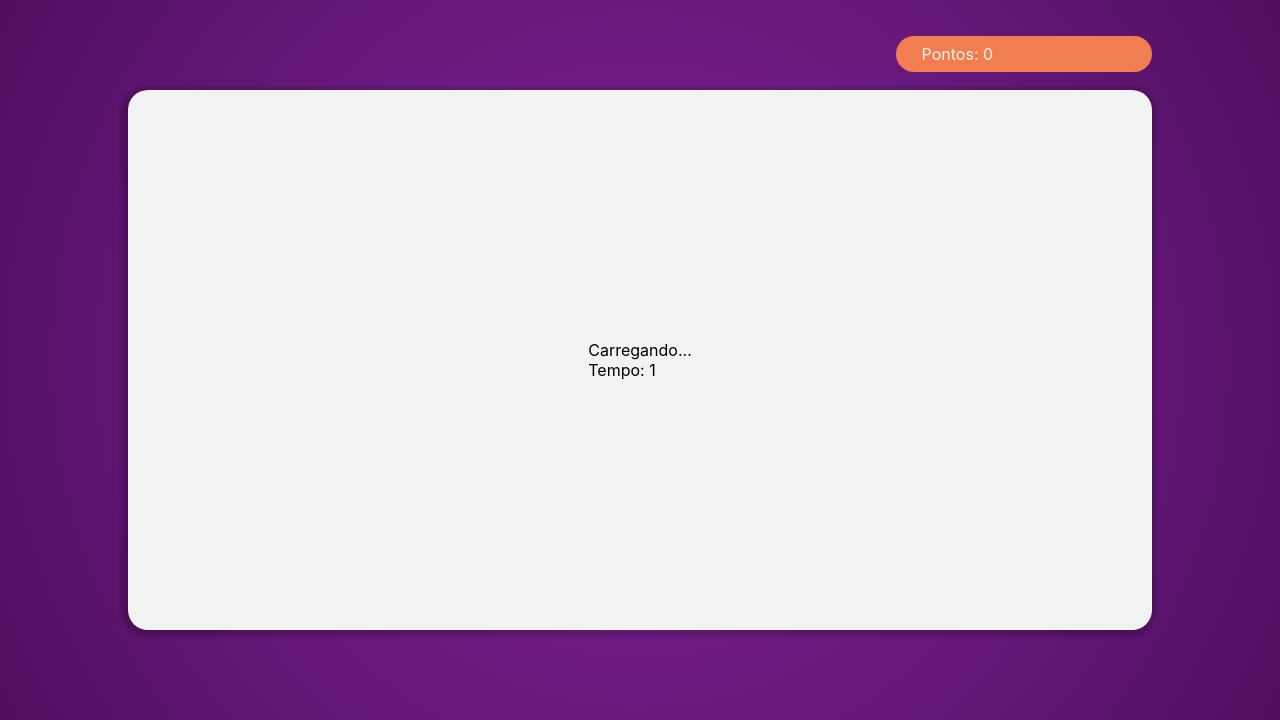
Repository: gabrielejandres/bd-final-project
Page: /play (app in frontend/)
An editor plug-in stored every save of this project. The page is shown before and after the next save, followed by the edit.
The browser window is 1280 px wide. The pictures show the whole page.
The project was rebuilt for these pictures with package versions that can differ from the ones it lists, and the page was loaded fresh each time. Also part of the build but not shown: frontend/src/App.css, frontend/src/components/Button/index.jsx, frontend/src/components/Logo/style.css, frontend/src/components/Logo/index.jsx, frontend/src/components/Footer/Login/index.jsx, frontend/src/pages/Login/index.jsx, frontend/src/components/Footer/Home/style.css, frontend/src/components/Footer/Home/index.jsx and 1 more.

Above is the page before, as saved 2022-03-05 21:57:18.

### frontend/src/App.js
import './App.css';
import Login from './pages/Login/index.jsx'
import Home from './pages/Home/index.jsx'
import Play from './pages/Play/index.jsx';
import {BrowserRouter, Route, Routes} from 'react-router-dom';


function App() {
  return (
    <div>
      <BrowserRouter>
          <Routes>
            <Route path="/login" element={<Login/>}/>
            <Route path="/" element={<Home/>}/>
            <Route path="/play" element={<Play/>}/>
          </Routes>
      </BrowserRouter>
    </div>
  );
}

export default App;

### frontend/src/pages/Play/index.jsx
import { useEffect, useState } from 'react'
import './style.css'

export default function Play(){

  const [score, setScore] = useState(0)
  const [question, setQuestion] = useState('Carregando...')
  const [options, setOptions] = useState(['alo', 'teste', 'sim', 'não'])
  const [answer, setAnswer] = useState('a')

  useEffect(()=>{

  }, [score])

  return (
    <div className="main-page">
      <div className="score">
        <div className="score-text">Pontos: {score}</div>
      </div>
      <div className="game-container">
        <div className="game-header">
          <div className="game-question">
            {question}
          </div>
          <div className="game-timer">
            Tempo: 1
          </div>
        </div>
        <div className="game-content">
          {options.map((options) => {
              <div>

              </div>
            })}
        </div>
      </div>
    </div>
  )
}

### frontend/src/pages/Login/style.css
@import url('https://fonts.googleapis.com/css2?family=Montserrat:wght@100;400;700;900&display=swap');

:root {
    --color-brand-primary: #510F60;
    --color-brand-secondary: #F17E50;

    --color-neutral-lightest: #F2F2F2;
    --color-neutral-medium: rgba(133,133,133, 1);
    --color-neutral-darkest: #363636;

    --primary-brand-font: 'Montserrat', sans-serif;
}

.main-page {
  background-image: radial-gradient(circle, #81249C, var(--color-brand-primary));

  height: 100vh;

  display: flex;
  justify-content: center;
  align-items: center;
}

.logo img {
  height: 15vh;

  display: flex;
  justify-content: center;
  align-items: center;
}

.container-login {
  width: 40vw;
  height: 60vh;

  display: flex;
  align-items: center;
  justify-content: center;
  flex-direction: column;

  background-color: var(--color-neutral-lightest);

  border-radius: 20px;
  box-shadow: -2px 2px 5px 4px rgba(0,0,0,0.2) ;
}

.access-area {
  display: flex;
  justify-content: center;

  width: 35vw;
}

.user-interaction {
  display: flex;
  align-items: center;
  flex-direction: column;
  justify-content: center;

  margin-left: 1.5vw;
}

.profile {
  width: auto;
  height: auto;

  margin-top: 30px;
  margin-bottom: 50px;
}

.profile img {
  height: 150px;
  width: auto;
}

.input{
  border-radius: 10px;
  border: 1px solid var(--color-neutral-medium);

  height: 24px;
  width: 12vw;

  margin-bottom: 2.5vh;
  padding: 1vh;

  background-color: rgba(133,133,133, 0.2);

  font-family: var(--primary-brand-font);
}

input:focus {
  outline: none;
}

.container-footer {
  width: 100%;

  display: flex;
  align-items: center;
  justify-content: center;
}

.continue-button {
  display: flex;
  align-items: center;
  justify-content: center;
}

### frontend/src/pages/Home/style.css
@import url('https://fonts.googleapis.com/css2?family=Montserrat:wght@100;400;700;900&display=swap');

:root{
    --color-brand-primary: #510F60;
    --color-brand-secondary: #F17E50;
    --color-neutral-lightest: #F2F2F2;
    --primary-brand-font: 'Montserrat', sans-serif;
}

.container{
    width: 35vw;
    height: 65vh;
    display: flex;
    align-items: center;
    justify-content: center;
    flex-direction: column;
    background-color: var(--color-neutral-lightest);
    border-radius: 20px;
    box-shadow: -2px 2px 5px 4px rgba(0,0,0,0.2) ;
    color: var(--color-neutral-darkest);
}

.container-content{
    display: flex;
    flex-direction: column;
    align-items: center;
    height: 80%;
    margin-top: 50px;
}

.buttons-area{
    display: flex;
    flex-direction: column;
    height: 26vh;
    align-items: center;
    justify-content: space-evenly;
    width: 100%;
    margin-top: 5.5vh;
}

.logo {
    width: 35vw;
    display: flex;
    justify-content: center;
    align-items: center;
}

### frontend/src/pages/Play/style.css
:root{
  --color-neutral-lightest: #F2F2F2;
}

.game-container{
  width: 80vw;
  height: 75vh;
  display: flex;
  align-items: center;
  justify-content: center;
  flex-direction: column;
  background-color: var(--color-neutral-lightest);
  border-radius: 20px;
  box-shadow: -2px 2px 5px 4px rgba(0,0,0,0.2) ;
}

.score{
  position: absolute;
  right: 10vw;
  top: 5vh;
  width: 20vw;
  height: 5vh;
  background-color: var(--color-brand-secondary);
  display: flex;
  align-items: center;
  border-radius: 20px;
}

.score-text{
  margin-left: 2vw;
  color: var(--color-neutral-lightest);
}

### frontend/src/components/Button/style.css
@import url('https://fonts.googleapis.com/css2?family=Montserrat:wght@100;400;500;700;900&display=swap');

:root{
    --color-brand-primary: #510F60;
    --color-brand-secondary: #F17E50;

    --color-neutral-lightest: #F2F2F2;
    --color-neutral-darkest: #363636;

    --primary-brand-font: 'Montserrat', sans-serif;
}

.button {
  cursor: pointer;
  border-radius:30px;
  line-height: 2.5rem;
  font-family: var(--primary-brand-font);
  font-weight: 500;
  height: 4vh;
  display: flex;
  align-items: center;
  justify-content: center;

  border: 1px solid var(--color-neutral-lightest);
  background-image: linear-gradient(-180deg, var(--color-brand-secondary) 0%, #E66038 100%);
  box-shadow: 0 0 0.25rem 0 grey,
              0 -0.25rem 1.5rem rgba(255, 255, 255, 0.1) inset,
              0 0.75rem 0.5rem rgba(255,255,255, 0.4) inset,
              0 0.25rem 0.5rem 0 rgba(255, 255, 255, 0.3) inset;

  color: var(--color-neutral-lightest);

  padding: 2.5vh;
}

### frontend/src/components/Footer/Login/style.css
@import url('https://fonts.googleapis.com/css2?family=Montserrat:wght@100;400;700;900&display=swap');

:root {
    --color-brand-primary: #510F60;
    --color-brand-secondary: #F17E50;

    --color-neutral-lightest: #F2F2F2;
    --color-neutral-medium: rgba(133,133,133, 1);
    --color-neutral-darkest: #363636;

    --primary-brand-font: 'Montserrat', sans-serif;
}

.text-login hr{
    width: 6vw;
    border: 0;
    height: 1.90px;
    background-color: grey;
    margin-top: 1.2vh;
    margin-left: 0.5vw;
    margin-right: 0.5vw;
}

.text-login {
    display: flex;
    justify-content:center;
    align-items: center;

    color: var(--color-neutral-darkest);

    font-family: var(--primary-brand-font);
}

.login-icons {
    display: flex;
    justify-content: center;
}

.login-icons img {
    width: auto;
    height: 35px;

    padding: 0.5vw;
}

Loaded but not shown: frontend/public/index.html (common file); frontend/src/index.js (common file); frontend/src/index.css (common file)

After the next save:
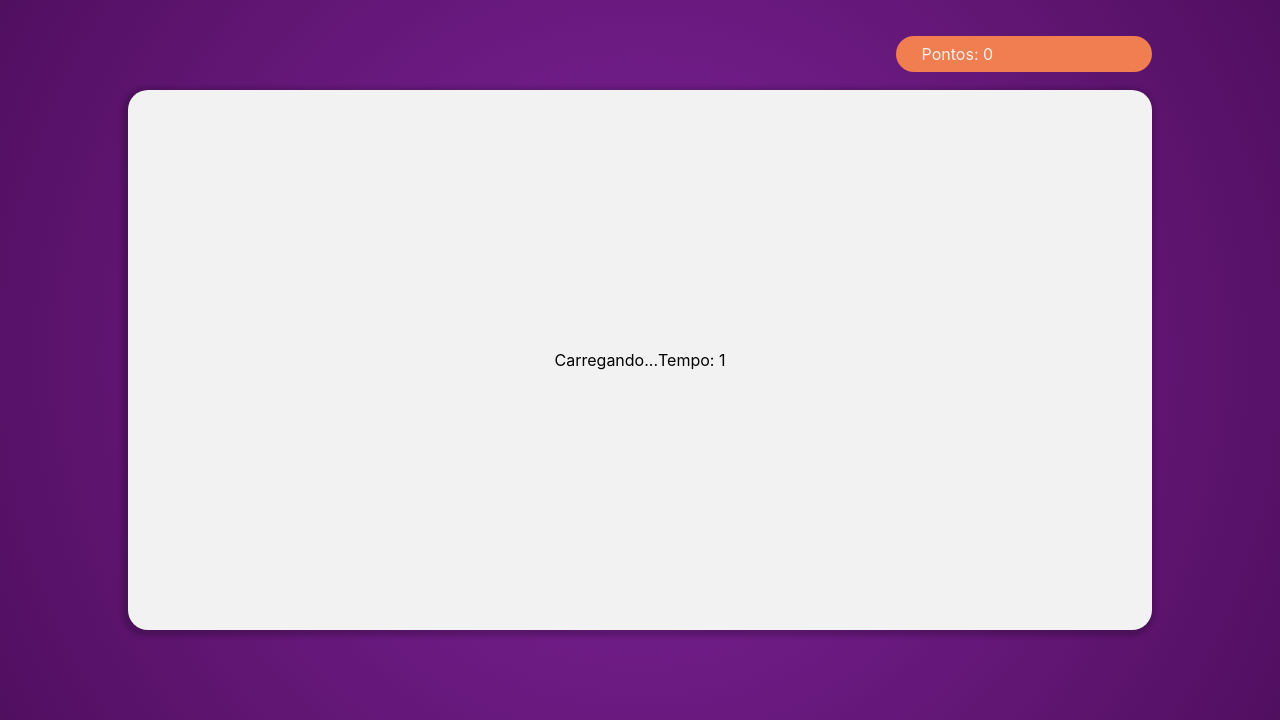
Saved 2 min 58 s later.
--- a/frontend/src/pages/Play/style.css
+++ b/frontend/src/pages/Play/style.css
@@ -30,3 +30,8 @@
   margin-left: 2vw;
   color: var(--color-neutral-lightest);
 }
+
+.game-header{
+  display: flex;
+  align-items: flex-start
+}
